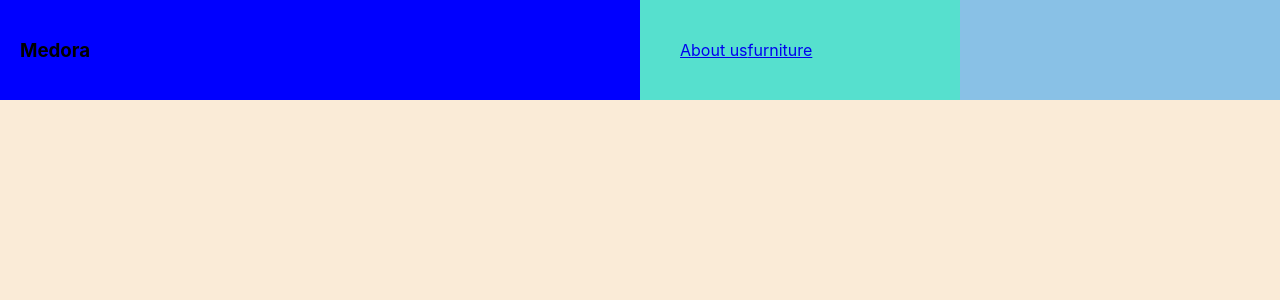
Repository: SbuKhoza/medora
Page: /
The author's editor kept a copy of each file at every save. The page is drawn from the files as they stood at one save, then again after the next save.
The browser window is 1280 px wide. The pictures show the whole page.
The project was rebuilt for these pictures with package versions that can differ from the ones it lists, and the page was loaded fresh each time.

Above is the page before, as saved 2024-07-09 13:52:32.

After the next save:
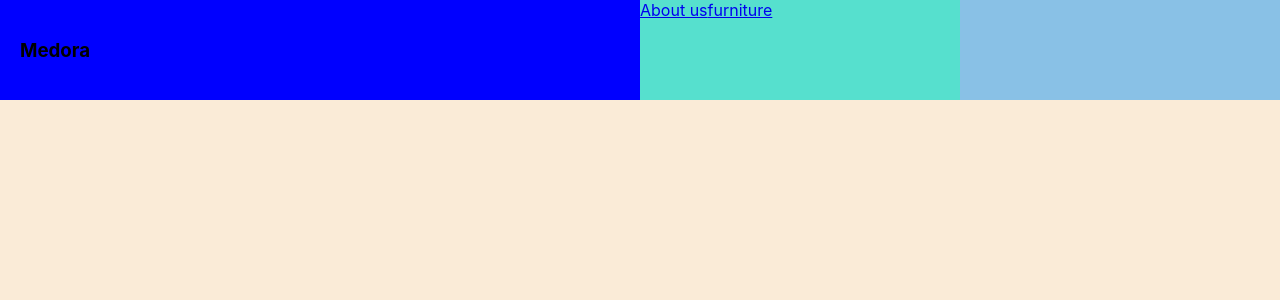
Saved 22 s later.
--- a/src/App.css
+++ b/src/App.css
@@ -38,5 +38,5 @@ body {
 .menucenter {
   display: flex;
   height: 40px;
-  margin: 40px;
+
 }
